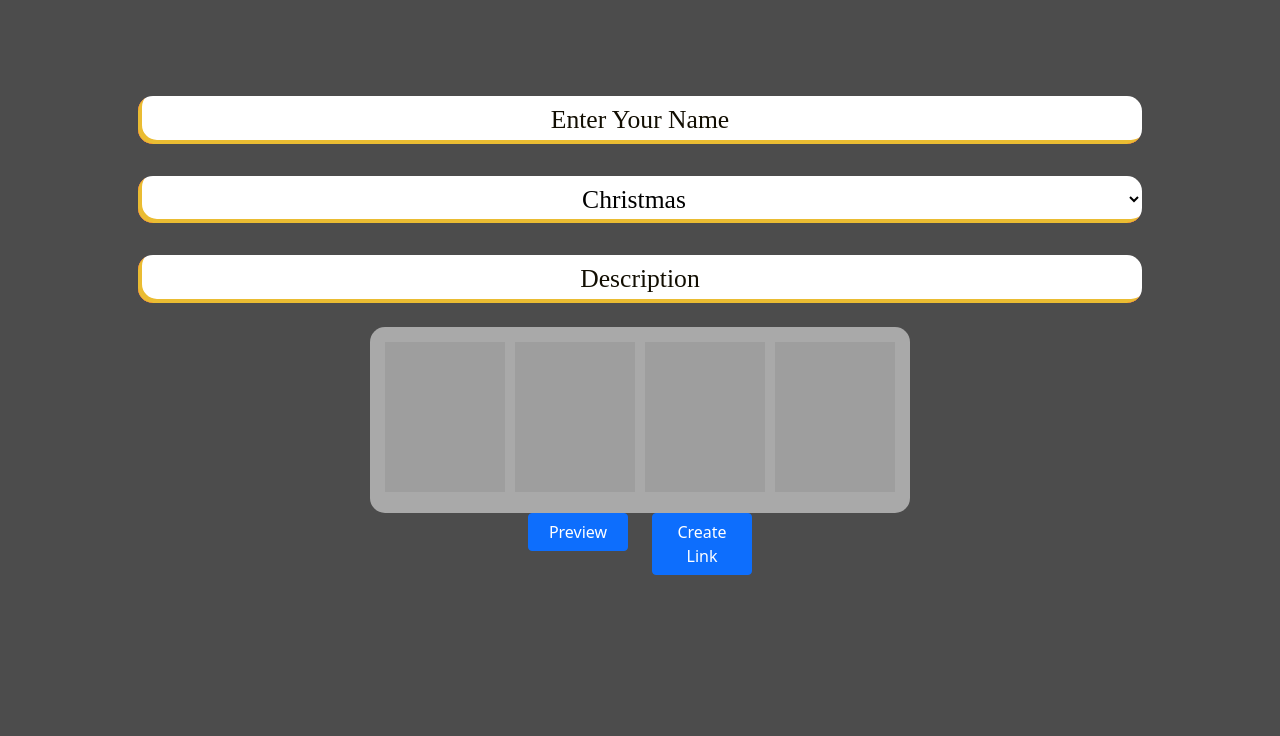
Repository: Haneef-Shaik/Greetings
Page: /
An editor plug-in stored every save of this project. The page is shown before and after the next save, followed by the edit.
The browser window is 1280 px wide. The pictures show the whole page.
Pictures or frames that could not be fetched are drawn as grey boxes. The project was rebuilt for these pictures with package versions that can differ from the ones it lists, and the page was loaded fresh each time. The framework's server and built-in components were replaced by stand-ins that run in the browser. Also part of the build but not shown: next.config.js, styles/card.module.scss, components/card.js, styles/socialShare.module.scss, components/socialShare.js.

Above is the page before, as saved 2021-12-01 21:07:33.

### pages/_app.js
import '../styles/globals.css'
import 'bootstrap/dist/css/bootstrap.css'


function MyApp({ Component, pageProps }) {
  return <Component {...pageProps} />
}

export default MyApp

### pages/index.js
import Card from "../components/card.js";
import {useRouter} from 'next/router';
import Ss from "../components/socialShare"
import InpFrm from "../components/form"

export default function Home() {
  const {query} = useRouter();
  const myurls='https://gratefulprayerthankfulheart.com/wp-content/uploads/2014/12/aquawhitechristmastreegreeting.jpg';

  if(query.length > 0)
  {

    if(query.greeting)
    {
      return (
        <>
          <Card event={query.event} image={query.bgImg} name={query.name} greeting={query.greeting}  />
        </>
          )
    }
    else
    {
      return (
        <>
          <Card event={query.event} image={query.bgImg} name={query.name}  />
        </>
          )
    }

  }
  else
  {
    return (
        <>
          <InpFrm />
        </>
        )
  }
    // return (
    //   <>
        {/* <Card event='Event' image={myurls} name='Name' color='red' greeting="Lorem Ipsum is simply dummy text of the printing and typesetting industry. Lorem Ipsum has been thing software like Aldus PageMaker including versions of Lorem Ipsum."  /> */}
        {/* <Ss mylink="localhost:3000/name=haneef&event=christmas" /> */}
    {/*     <Ss mylink="localhost:3000/name=haneef&event=christmasW&sddsajnodsoduaibdadbksa" /> */}
    //   </>
    //     )

}

### components/form.js
/* eslint-disable no-undef */
import React, {useState,useRef} from 'react'

import 'bootstrap/dist/css/bootstrap.min.css';
import styles from '../styles/form.module.scss';
import IMAGE from 'next/image'


function Edit() {

    const [IMG1,setImg]=useState('christmas.png');


    return (
        <div className="container-fluid p-2 "  style={{backgroundColor:'#4C4C4C'} }>
            <div className="container">
                <div className="row">
                    <div className="col-12">
                        <div className={styles.formContainer} >
                            <form className="formStyle">
                                <input type="text" placeholder="Enter Your Name" className="col-12" required />

                                <select name="festival" className="col-12 p-2">
                                    <option value="christmas">Christmas</option>
                                    <option value="newYear">New Year</option>
                                </select>

                                <input type="text" placeholder="Description" className="col-12" optional />

                                <div className="d-flex justify-content-around align-items-center flex-wrap mt-4" style={{backgroundColor:'darkgrey',borderRadius:'15px',padding:'10px'}}>
                                    {/* <label htmlFor="img1">
                                        <IMAGE src='/images/christmas/christmas.png' width={200} height={100} />
                                    </label>
                                    <label htmlFor="img2">
                                        <IMAGE src='/images/christmas/christmas.png' width={200} height={100} />
                                    </label>
                                    <label htmlFor="img3">
                                        <IMAGE src='/images/christmas/christmas.png' width={200} height={100} />
                                    </label>
                                    <label htmlFor="img4">
                                        <IMAGE src='/images/christmas/christmas.png' width={200} height={100} />
                                    </label>
                                    <input type="radio" name="BgImage" className="bgImg" id="img1" hidden="true" />
                                    <input type="radio" name="BgImage" className="bgImg" id="img2" hidden="true" />
                                    <input type="radio" name="BgImage" className="bgImg" id="img3" hidden="true" />
                                    <input type="radio" name="BgImage" className="bgImg" id="img4" hidden="true" /> */}

                                <button onClick={()=>setImg('christmas.png')} className="btn p-1">
                                    <IMAGE src='/images/christmas/christmas.png' width="120" height="150" />
                                </button>

                                <button onClick={()=>setImg('christmas1.png')} className="btn p-1">
                                    <IMAGE src='/images/christmas/christmas1.png' width="120" height="150" />
                                </button>

                                <button onClick={()=>setImg('christmas2.png')} className="btn p-1">
                                    <IMAGE src='/images/christmas/christmas2.png' width="120" height="150" />
                                </button>

                                <button onClick={()=>setImg('christmas2.png')} className="btn p-1">
                                    <IMAGE src='/images/christmas/christmas2.png' width="120" height="150" />
                                </button>

                                </div>

                                <div className="footerBanner">
                                    <div className="row">
                                        <div className="col"><button className="btn btn-primary" style={{width:100}} >Preview</button></div>
                                        <div className="col"><button className="btn btn-primary" style={{width:100}} > Create Link </button></div>
                                    </div>
                                </div>
                            </form>
                        </div>
                    </div>
                </div>
            </div>
        </div>
    )
}


class InvitationCard extends React.Component{
    render(){
        return (

                <div className="body p-2" style={{backgroundColor: this.props.c,backgroundImage:`url(${this.props.im})`,backgroundSize:350,backgroundRepeat:'no-repeat'}} >
                    <h1 id="heading" style={{color: this.props.heading}}>{this.props.name}</h1>
                    <p style={{marginTop: "50px",color: this.props.content}}>{this.props.message}</p>
                    <p style={{color: this.props.content}} id="toWhom">{this.props.to}</p>
                </div>
        )
    }

}



export default Edit;

### styles/form.module.scss
.formContainer{
    padding:5%;
    min-height:100vh;
    background-color:#4C4C4C;
    // background: linear-gradient(#920000,#800000,#6D0000,#490000);
    input , select {
        margin-top:2rem;

        text-align:center;
        font-family: 'Times New Roman', Times, serif;
        font-size:1.6rem;
        border:none;

        background-color:#fff;
        border-radius:15px;
        box-shadow: inset 4px -4px 0px #EABC32 , inset 2px -2px 0px #f00 ;
        line-height:3rem;
        &::placeholder{
            color:#120E02;
        }
    }
    form{
        display: flex;
        align-items:center;
        justify-content: space-evenly;
        flex-direction: column;
        flex-wrap: wrap;
    }
    .bgImg:active{
        border: 5px solid white;
    }
}

Loaded but not shown: pages/api/hello.js (common file); styles/globals.css (common file)

After the next save:
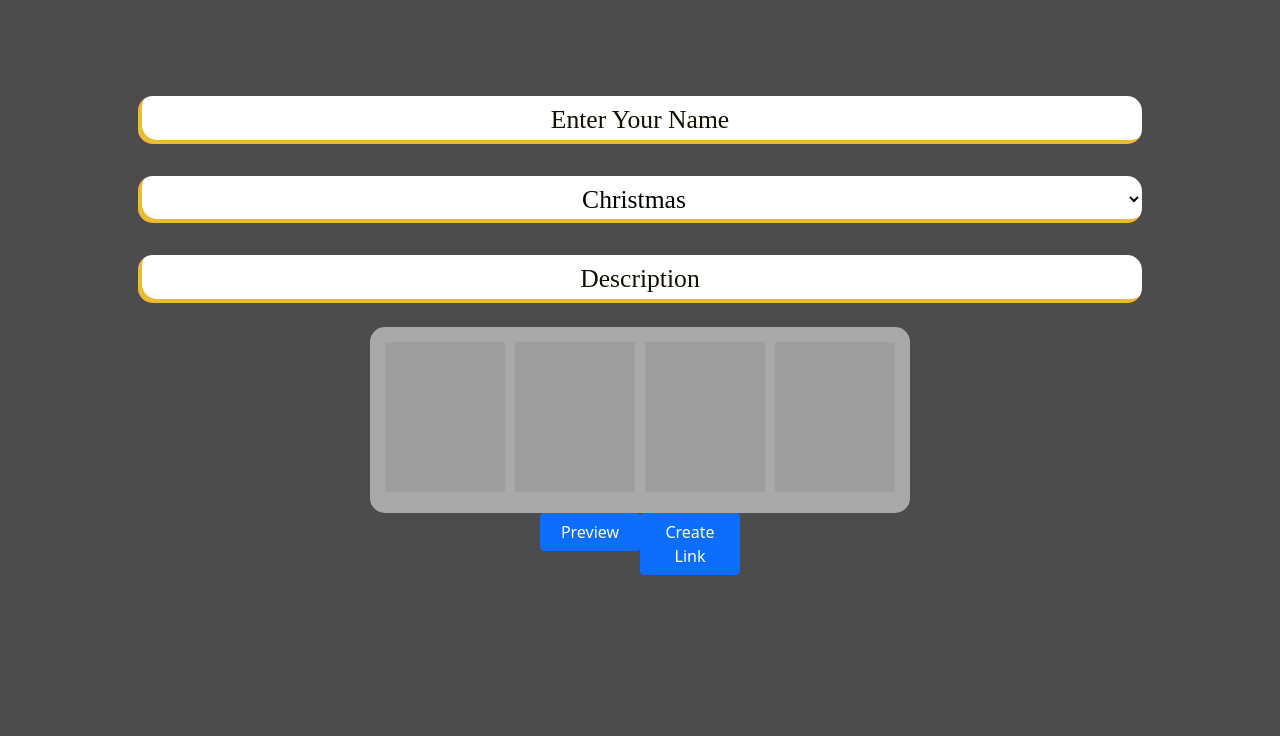
Saved 23 s later.
--- a/components/form.js
+++ b/components/form.js
@@ -65,8 +65,8 @@ function Edit() {
 
                                 <div className="footerBanner">
                                     <div className="row">
-                                        <div className="col"><button className="btn btn-primary" style={{width:100}} >Preview</button></div>
-                                        <div className="col"><button className="btn btn-primary" style={{width:100}} > Create Link </button></div>
+                                        <div className="col p-0"><button className="btn btn-primary" style={{width:100}} >Preview</button></div>
+                                        <div className="col p-0"><button className="btn btn-primary" style={{width:100}} > Create Link </button></div>
                                     </div>
                                 </div>
                             </form>
